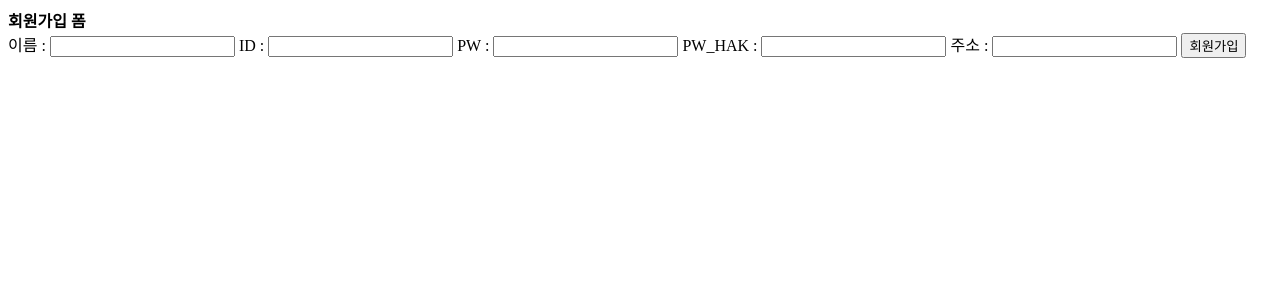
Repository: HongEunbeen/JSP-code
Page: http://localhost/Login_Project/insert.jsp
These files come from the project's save history. The page is drawn as it stood at one moment and after the next save; the edit follows.
The browser window is 1280 px wide. The pictures show the whole page.
The page is served by Tomcat 9.

Above is the page before, as saved 2019-04-02 06:48:59.

### Login_Project/WebContent/insert.jsp
<%@ page language="java" contentType="text/html; charset=UTF-8"
    pageEncoding="UTF-8"%>
<!DOCTYPE html>
<html>
<head>
<meta charset="UTF-8">
<title>회원가입 폼</title>
</head>
<body>
	<b>회원가입 폼</b>
	<form method = "post">
		이름 : <input type = "text" name = "name">
		ID : <input type = "text" name = "id">
		PW : <input type = "password" name = "pw">
		PW_HAK : <input type = "password" name = "pw_hak">
		주소 : <input type = "text" name = "address" size = 20>
		<input type = "submit" value = "회원가입">
	</form>
</body>
</html>

After the next save:
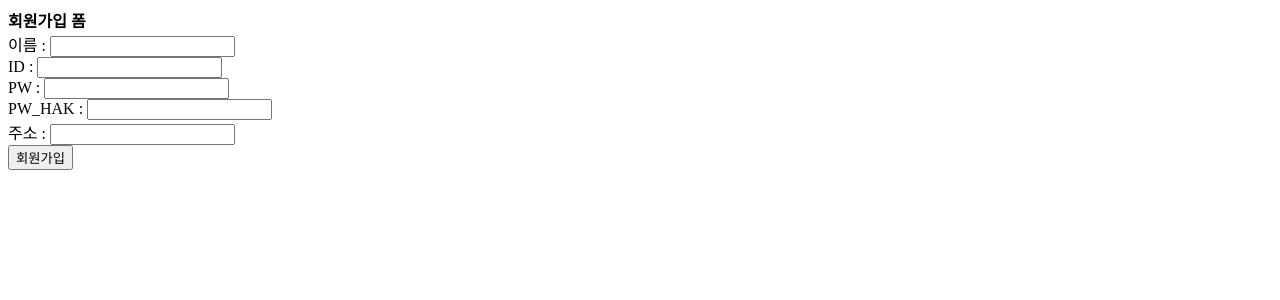
Saved 9 s later.
--- a/Login_Project/WebContent/insert.jsp
+++ b/Login_Project/WebContent/insert.jsp
@@ -9,12 +9,12 @@
 <body>
 	<b>회원가입 폼</b>
 	<form method = "post">
-		이름 : <input type = "text" name = "name">
-		ID : <input type = "text" name = "id">
-		PW : <input type = "password" name = "pw">
-		PW_HAK : <input type = "password" name = "pw_hak">
-		주소 : <input type = "text" name = "address" size = 20>
-		<input type = "submit" value = "회원가입">
+		이름 : <input type = "text" name = "name"><br>
+		ID : <input type = "text" name = "id"><br>
+		PW : <input type = "password" name = "pw"><br>
+		PW_HAK : <input type = "password" name = "pw_hak"><br>
+		주소 : <input type = "text" name = "address" size = 20><br>
+		<input type = "submit" value = "회원가입"><br>
 	</form>
 </body>
 </html>
